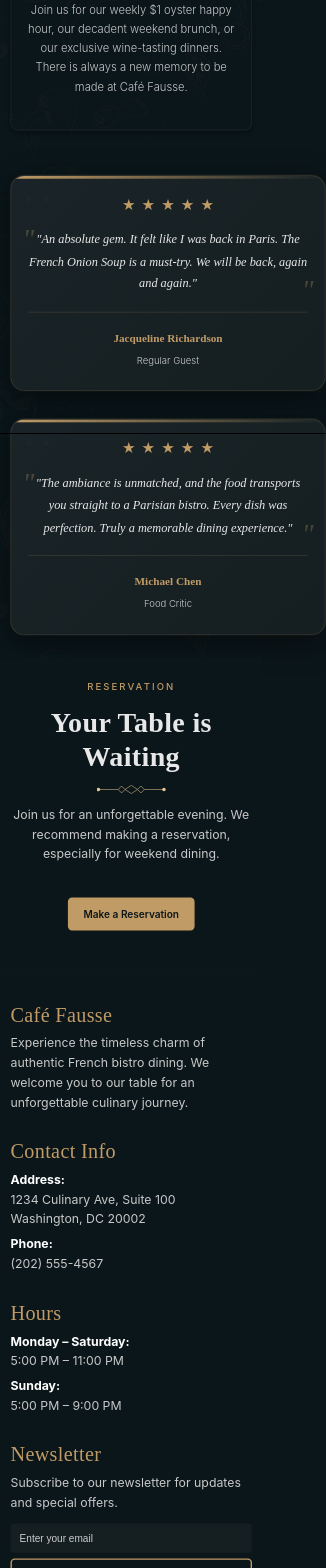
Repository: MatVanDenArt/MSSE-Cafe-Fausse
Page: / (app in frontend/)
The author's editor kept a copy of each file at every save. The page is drawn from the files as they stood at one save, then again after the next save.
The browser window is 375 px wide. The page is 465 px wide, then 375 px, so the pictures cover 465 px, including what lies to the right of the window. The pictures show the part of the page from y = 2285 to 4525 px (the page is 4661 px tall before and 4708 px after), at 70% of full size.
Backgrounds fixed to the window are drawn as part of the page. The project was rebuilt for these pictures with package versions that can differ from the ones it lists, and the page was loaded fresh each time. Also part of the build but not shown: frontend/src/pages/Menu.js, frontend/src/pages/Reservations.css, frontend/src/pages/Reservations.js, frontend/src/pages/About.js, frontend/src/pages/Gallery.js.

Above is the page before, as saved 2025-11-05 16:37:13.

### frontend/src/App.css
/* Global Styles */
* {
  margin: 0;
  padding: 0;
  box-sizing: border-box;
}

@import url("https://fonts.googleapis.com/css2?family=Dancing+Script:wght@400;500;600;700&family=Cormorant+Garamond:ital,wght@0,300;0,400;0,500;0,600;0,700;1,300;1,400;1,500;1,600&family=Inter:wght@300;400;500;600&family=Source+Sans+Pro:ital,wght@0,300;0,400;0,600;1,300;1,400&display=swap");

body {
  font-family: "Inter", "Source Sans Pro", "Helvetica Neue", "Arial", sans-serif;
  line-height: 1.6;
  color: #e8e8e8;
  background-color: #0b161a;
  font-weight: 400;
  padding-top: 70px; /* Account for fixed header */
}

/* Remove padding-top for home page since hero handles spacing */
.home {
  padding-top: 0;
}

.App {
  min-height: 100vh;
  display: flex;
  flex-direction: column;
}

.main-content {
  flex: 1;
}

/* Typography */
h1,
h2,
h3,
h4,
h5,
h6 {
  font-family: "Cormorant Garamond", "EB Garamond", "Georgia", "Times New Roman",
    serif;
  font-weight: 500;
  margin-bottom: 1rem;
  letter-spacing: 0.5px;
}

h1 {
  font-size: 2.5rem;
  color: #c19b66;
  font-family: "Dancing Script", "Cormorant Garamond", serif;
  font-weight: 600;
}

h2 {
  font-size: 2rem;
  color: #c19b66;
  font-family: "Dancing Script", "Cormorant Garamond", serif;
  font-weight: 600;
}

h3 {
  font-size: 2rem;
  color: #c19b66;
  font-family: "Cormorant Garamond", serif;
  font-weight: 500;
}

p {
  margin-bottom: 1rem;
  font-size: 1.1rem;
  font-family: "Inter", "Source Sans Pro", "Helvetica Neue", "Arial", sans-serif;
}

/* Container */
.container {
  max-width: 1200px;
  margin: 0 auto;
  padding: 0 20px;
}

/* Grid System */
.grid {
  display: grid;
  gap: 2rem;
}

.grid-2 {
  grid-template-columns: repeat(auto-fit, minmax(300px, 1fr));
}

.grid-3 {
  grid-template-columns: repeat(auto-fit, minmax(250px, 1fr));
}

.grid-4 {
  grid-template-columns: repeat(auto-fit, minmax(200px, 1fr));
}

/* Flexbox Utilities */
.flex {
  display: flex;
}

.flex-center {
  display: flex;
  justify-content: center;
  align-items: center;
}

.flex-between {
  display: flex;
  justify-content: space-between;
  align-items: center;
}

.flex-column {
  display: flex;
  flex-direction: column;
}

/* Buttons */
.btn {
  display: inline-block;
  padding: 12px 24px;
  background-color: #c19b66;
  color: #0b161a;
  text-decoration: none;
  border: none;
  border-radius: 6px;
  font-size: 1rem;
  font-weight: 600;
  cursor: pointer;
  transition: all 0.3s ease;
  text-align: center;
}

.btn-secondary {
  padding: 1rem 1.5rem;
  font-size: 1.1rem;
  background-color: transparent;
  color: #c19b66;
  border: 2px solid #c19b66;
}

.btn-secondary:hover {
  border: 2px solid #c19b66;
  background-color: #c19b66;
  color: #0b161a;
}

.btn-large {
  padding: 1rem 1.5rem;
  font-size: 1.1rem;
  border: 2px solid #c19b66;
}

.btn-large:hover {
  background-color: transparent;
  color: #c19b66;
  border: 2px solid #c19b66;
}

/* Forms */
.form-group {
  margin-bottom: 1.5rem;
}

.form-label {
  display: block;
  margin-bottom: 0.5rem;
  font-weight: 600;
  color: #c19b66;
}

.form-input,
.form-select,
.form-textarea {
  width: 100%;
  padding: 12px;
  border: 2px solid #151f21;
  border-radius: 5px;
  font-size: 1rem;
  transition: border-color 0.3s ease;
  background-color: #151f21;
  color: #e8e8e8;
}

.form-input:focus,
.form-select:focus,
.form-textarea:focus {
  outline: none;
  border-color: #c19b66;
  box-shadow: 0 0 0 3px rgba(193, 155, 102, 0.1);
}

.form-textarea {
  resize: vertical;
  min-height: 100px;
}

/* Cards */
.card {
  /* background: #151f21; */
  border-radius: 10px;
  box-shadow: 0 4px 6px rgba(0, 0, 0, 0.3);
  overflow: hidden;
  border: 1px solid #1f2a2d;
}

.card-body {
  padding: 1.5rem;
}

.card-title {
  font-size: 1.25rem;
  margin-bottom: 0.5rem;
  color: #c19b66;
  font-family: "Dancing Script", "Cormorant Garamond", serif;
  font-weight: 500;
}

.card-text {
  color: #c8c8c8;
  margin-bottom: 1rem;
}

/* Images */
.img-responsive {
  width: 100%;
  height: auto;
  display: block;
}

.img-rounded {
  border-radius: 10px;
}

/* Sections */
.section {
  padding: 4rem 0;
}

.section-dark {
  background-color: #0b161a;
  color: white;
}

.section-light {
  background-color: #151f21;
}

.section-title {
  text-align: center;
}

.section-title h2 {
  font-size: 2.5rem;
  margin-bottom: 1rem;
}

.section-title p {
  font-size: 1.2rem;
  color: #c8c8c8;
  /* max-width: 600px; */
  margin: 0 auto;
}

/* Hero Section - Moved to Home.css */

.hero-content h1 {
  font-size: 3.5rem;
  margin-bottom: 1rem;
  color: white;
}

.hero-buttons {
  display: flex;
  gap: 1rem;
  justify-content: center;
  flex-wrap: wrap;
}

/* Navigation styles are in Header.css */

/* Footer */
.footer {
  background-color: #333;
  color: white;
  padding: 3rem 0 1rem;
}

.footer-content {
  display: grid;
  grid-template-columns: repeat(auto-fit, minmax(250px, 1fr));
  gap: 2rem;
  margin-bottom: 2rem;
}

.footer-bottom {
  text-align: center;
  padding-top: 2rem;
  border-top: 1px solid #555;
  color: #ccc;
}

/* Responsive Design */
@media (max-width: 768px) {
  .container {
    padding: 0 15px;
  }

  .hero-content h1 {
    font-size: 2.5rem;
  }

  .hero-content p {
    font-size: 1.1rem;
  }

  .hero-buttons {
    flex-direction: column;
    align-items: center;
  }

  /* Navigation responsive styles are in Header.css */

  .grid-2,
  .grid-3,
  .grid-4 {
    grid-template-columns: 1fr;
  }

  h1 {
    font-size: 2rem;
  }

  h2 {
    font-size: 1.5rem;
  }
}

@media (max-width: 480px) {
  .hero-content h1 {
    font-size: 2rem;
  }

  .section {
    padding: 2rem 0;
  }

  .btn {
    padding: 10px 20px;
    font-size: 0.9rem;
  }
}

/* Utility Classes */
.text-center {
  text-align: center;
}

.text-left {
  text-align: left;
}

.text-right {
  text-align: right;
}

.mb-1 {
  margin-bottom: 0.5rem;
}
.mb-2 {
  margin-bottom: 1rem;
}
.mb-3 {
  margin-bottom: 1.5rem;
}
.mb-4 {
  margin-bottom: 2rem;
}

.mt-1 {
  margin-top: 0.5rem;
}
.mt-2 {
  margin-top: 1rem;
}
.mt-3 {
  margin-top: 1.5rem;
}
.mt-4 {
  margin-top: 2rem;
}

.p-1 {
  padding: 0.5rem;
}
.p-2 {
  padding: 1rem;
}
.p-3 {
  padding: 1.5rem;
}
.p-4 {
  padding: 2rem;
}

.hidden {
  display: none;
}

.visible {
  display: block;
}

### frontend/src/components/Header.css
.nav {
  background-color: #0b161a;
  box-shadow: 0 2px 10px rgba(0, 0, 0, 0.3);
  position: fixed;
  top: 0;
  left: 0;
  right: 0;
  z-index: 1000;
  border-bottom: 1px solid #151f21;
}

.nav-container {
  display: flex;
  justify-content: space-between;
  align-items: center;
  padding: 1rem 0;
}

.nav-logo {
  display: flex;
  align-items: center;
  gap: 0.5rem;
  text-decoration: none;
  font-family: "Cormorant Garamond", "EB Garamond", "Georgia", "Times New Roman",
    serif;
  font-weight: 500;
  letter-spacing: 0.5px;
}

.nav-logo-img {
  height: 40px;
  width: auto;
}

.nav-logo-text {
  font-size: 1.5rem;
  font-weight: bold;
  color: #c19b66;
  font-family: "Dancing Script", "Cormorant Garamond", serif;
}

.nav-logo:hover .nav-logo-text {
  color: #c19b66;
}

.nav-menu {
  display: flex;
  list-style: none;
  gap: 2rem;
  margin: 0;
  padding: 0;
}

.nav-link {
  color: #e8e8e8;
  text-decoration: none;
  font-weight: 500;
  transition: color 0.3s ease;
  padding: 0.5rem 0;
  position: relative;
}

.nav-link:hover,
.nav-link.active {
  color: #c19b66;
}

.nav-link.active::after {
  content: "";
  position: absolute;
  bottom: 0;
  left: 0;
  right: 0;
  height: 2px;
  background-color: #c19b66;
}

.nav-toggle {
  display: none;
  flex-direction: column;
  background: none;
  border: none;
  cursor: pointer;
  padding: 0.5rem;
}

.nav-toggle-line {
  width: 25px;
  height: 3px;
  background-color: #c19b66;
  margin: 3px 0;
  transition: 0.3s;
}

/* Mobile Navigation */
@media (max-width: 768px) {
  .nav-toggle {
    display: flex;
  }

  .nav-menu {
    position: fixed;
    top: 70px;
    left: 0;
    right: 0;
    background-color: #0b161a;
    flex-direction: column;
    padding: 2rem;
    box-shadow: 0 2px 10px rgba(0, 0, 0, 0.3);
    transform: translateY(-100%);
    opacity: 0;
    visibility: hidden;
    transition: all 0.3s ease;
    z-index: 999;
    border-top: 1px solid #151f21;
  }

  .nav-menu-open {
    transform: translateY(0);
    opacity: 1;
    visibility: visible;
  }

  .nav-link {
    padding: 1rem 0;
    border-bottom: 1px solid #151f21;
    text-align: center;
    color: #e8e8e8;
  }

  .nav-link:last-child {
    border-bottom: none;
  }

  .nav-link:hover,
  .nav-link.active {
    color: #c19b66;
  }

  .nav-toggle.open .nav-toggle-line:nth-child(1) {
    transform: rotate(45deg) translate(5px, 5px);
  }

  .nav-toggle.open .nav-toggle-line:nth-child(2) {
    opacity: 0;
  }

  .nav-toggle.open .nav-toggle-line:nth-child(3) {
    transform: rotate(-45deg) translate(7px, -6px);
  }
}

### frontend/src/components/Footer.css
.footer {
  background-color: #0b161a;
  color: #e8e8e8;
  padding: 3rem 0 1rem;
  margin-top: auto;
  border-top: 1px solid #151f21;
}

.footer-content {
  display: grid;
  grid-template-columns: repeat(auto-fit, minmax(250px, 1fr));
  gap: 2rem;
  margin-bottom: 2rem;
}

.footer-section h3 {
  color: #c19b66;
  font-size: 1.8rem;
  font-family: "Cormorant Garamond", "Times New Roman", serif;
  font-weight: 500;
  letter-spacing: 0.5px;
  margin-bottom: 0.25rem;
}

.footer-section p {
  margin-bottom: 0.5rem;
  line-height: 1.6;
  color: #c8c8c8;
}

.footer-section strong {
  color: white;
}

.newsletter-form {
  display: flex;
  flex-direction: column;
  gap: 0.5rem;
  margin-top: 1rem;
}

.newsletter-input {
  padding: 0.75rem;
  border: 1px solid #151f21;
  border-radius: 5px;
  background-color: #151f21;
  color: #e8e8e8;
  font-size: 0.9rem;
}

.newsletter-input::placeholder {
  color: #ccc;
}

.newsletter-input:focus {
  outline: none;
  border-color: #c19b66;
}

.newsletter-btn {
  padding: 0.75rem;
  font-size: 0.9rem;
  border: 2px solid #c19b66;
  background-color: transparent;
  color: #c19b66;
}

.newsletter-btn:hover {
  background-color: #c19b66;
  color: #0b161a;
}

.newsletter-btn:disabled {
  opacity: 0.6;
  cursor: not-allowed;
}

.newsletter-success {
  background-color: #4caf50;
  padding: 1rem;
  border-radius: 5px;
  text-align: center;
  margin-top: 1rem;
}

.newsletter-success p {
  margin: 0;
  color: white;
  font-weight: 600;
}

.footer-bottom {
  text-align: center;
  padding-top: 2rem;
  border-top: 1px solid #151f21;
  color: #a8a8a8;
}

.footer-bottom p {
  margin: 0;
  font-size: 0.9rem;
}

@media (max-width: 768px) {
  .footer {
    padding: 2rem 0 1rem;
  }

  .footer-content {
    grid-template-columns: 1fr;
    gap: 1.5rem;
  }

  .newsletter-form {
    flex-direction: column;
  }
}

### frontend/src/pages/Home.css
.home {
  min-height: 100vh;
}

.home-content-background {
  position: relative;
  background-color: #0b161a;
}

.home-content-background::before {
  content: "";
  position: absolute;
  top: 0;
  left: 0;
  right: 0;
  bottom: 0;
  background-color: rgba(11, 22, 26, 0.7);
  z-index: 0;
}

.home-content-background > * {
  position: relative;
  z-index: 1;
}

/* Section Padding Control - Override App.css for home page */
.home .section {
  padding: 4rem 0 0;
}

@media (max-width: 768px) {
  .home .section {
    padding: 2rem 0;
  }
}

.hero {
  min-height: 60vh;
  max-height: 80vh;
  display: flex;
  align-items: center;
  justify-content: center;
  text-align: center;
  color: white;
  position: relative;
  padding: 4rem 0;
}
.hero-content {
  max-width: 1200px;
}
.hero-content h1 {
  font-size: 4rem;
  color: #e8e8e8;
  margin-bottom: 1rem;
  font-family: "Cormorant Garamond", serif;
  font-weight: 600;
  line-height: 1.2;
}

/*.hero-content p {
  font-size: 1.2rem;
  margin-bottom: 2rem;
  max-width: 600px;
  text-shadow: 1px 1px 2px rgba(0, 0, 0, 0.5);
  line-height: 1.6;
}*/

.hero-content p {
  font-size: 0.85rem;
  text-transform: uppercase;
  letter-spacing: 3px;
  margin-bottom: 1rem;
  font-weight: 500;
  display: inline-block;
  color: #c19b66;
}

.hero-buttons {
  display: flex;
  gap: 1rem;
  justify-content: center;
  flex-wrap: wrap;
  margin-top: 1rem;
}

.home .section-title {
  display: flex;
  flex-direction: column;
  align-items: center;
  justify-content: center;
}
.home .section-title p {
  font-size: 0.85rem;
  text-transform: uppercase;
  letter-spacing: 3px;
  color: #c19b66;
  margin-bottom: 1rem;
  font-weight: 500;
  display: inline-block;
}

.home .section-title h3 {
  font-size: 2.5rem;
  color: #e8e8e8;
  margin-bottom: 1rem;
  font-family: "Cormorant Garamond", serif;
  font-weight: 600;
  line-height: 1.2;
}

.home .section-title .description {
  color: #c8c8c8;
  text-transform: unset;
  font-weight: 400;
  letter-spacing: unset;
  font-size: 1.1rem;
}
/* Tablet and large mobile optimization */
@media (max-width: 1024px) {
  .hero {
    min-height: 55vh;
    max-height: 70vh;
    padding: 3rem 0;
  }

  .hero-content h1 {
    font-size: 2.8rem;
  }

  .hero-content p {
    font-size: 1.1rem;
  }
}

.pillar-icon {
  font-size: 3rem;
  margin-bottom: 1rem;
}

.pillar-image {
  width: 100%;
  height: 200px;
  margin: 0;
  border-radius: 0;
  overflow: hidden;
  display: block;
}

.pillar-img {
  width: 100%;
  height: 100%;
  object-fit: cover;
  display: block;
}

.testimonials-grid {
  display: grid;
  grid-template-columns: repeat(auto-fit, minmax(450px, 1fr));
  gap: 2.5rem;
  max-width: 1200px;
  margin: 0 auto;
}

.testimonial {
  position: relative;
  padding: 4rem 3rem;
  background: linear-gradient(135deg, #1a2428 0%, #151f21 100%);
  border-radius: 20px;
  box-shadow: 0 10px 40px rgba(0, 0, 0, 0.5), 0 0 0 1px rgba(193, 155, 102, 0.1);
  border: 1px solid rgba(193, 155, 102, 0.2);
  overflow: hidden;
}

.testimonial::before {
  content: "";
  position: absolute;
  top: 0;
  left: 0;
  right: 0;
  height: 4px;
  background: linear-gradient(90deg, #c19b66 0%, transparent 100%);
}

.testimonial-quote-icon {
  position: absolute;
  top: 2rem;
  left: 2rem;
  opacity: 0.15;
  z-index: 0;
}

.testimonial-quote-icon svg {
  width: 80px;
  height: 80px;
}

.testimonial-content {
  position: relative;
  z-index: 1;
  text-align: center;
}

.testimonial-stars {
  display: flex;
  justify-content: center;
  gap: 0.5rem;
  margin-bottom: 2rem;
}

.testimonial-stars .star {
  font-size: 1.5rem;
  color: #c19b66;
  line-height: 1;
}

.testimonial blockquote {
  font-size: 1.5rem;
  font-style: italic;
  margin-bottom: 2rem;
  color: #e8e8e8;
  line-height: 1.8;
  font-family: "Cormorant Garamond", serif;
  font-weight: 400;
  position: relative;
  padding: 0 2rem;
}

.testimonial blockquote::before {
  content: '"';
  position: absolute;
  left: 0;
  top: -0.5rem;
  font-size: 4rem;
  color: #c19b66;
  opacity: 0.3;
  font-family: "Cormorant Garamond", serif;
  line-height: 1;
}

.testimonial blockquote::after {
  content: '"';
  position: absolute;
  right: 0;
  bottom: -1rem;
  font-size: 4rem;
  color: #c19b66;
  opacity: 0.3;
  font-family: "Cormorant Garamond", serif;
  line-height: 1;
}

.testimonial-author {
  display: flex;
  justify-content: center;
  align-items: center;
  gap: 1rem;
  padding-top: 1.5rem;
  border-top: 1px solid rgba(193, 155, 102, 0.2);
}

.testimonial-author-info {
  display: flex;
  flex-direction: column;
  align-items: center;
  gap: 0.5rem;
}

.testimonial-name {
  font-size: 1.1rem;
  color: #c19b66;
  font-weight: 600;
  font-style: normal;
  font-family: "Cormorant Garamond", serif;
}

.testimonial-location {
  font-size: 0.9rem;
  color: #c8c8c8;
  font-weight: 300;
}

.contact-info {
  background: #151f21;
  padding: 2rem;
  border-radius: 10px;
  box-shadow: 0 4px 6px rgba(0, 0, 0, 0.3);
  border: 1px solid #1f2a2d;
}

.contact-info h3 {
  color: #8b4513;
  margin-bottom: 1rem;
}

.contact-info p {
  margin-bottom: 0.5rem;
  color: #c8c8c8;
}

@media (max-width: 768px) {
  .hero {
    min-height: 50vh;
    max-height: 60vh;
    padding: 2rem 0;
  }

  .hero-content h1 {
    font-size: 2.2rem;
    margin-bottom: 0.8rem;
  }

  .hero-content p {
    font-size: 1rem;
    margin-bottom: 1.5rem;
    padding: 0 1rem;
  }

  .hero-buttons {
    flex-direction: column;
    align-items: center;
    gap: 0.8rem;
  }

  .pillar-icon {
    font-size: 2.5rem;
  }

  .pillar-image {
    height: 180px;
  }

  .testimonial {
    padding: 3rem 2rem;
  }

  .testimonial-quote-icon {
    top: 1.5rem;
    left: 1.5rem;
  }

  .testimonial-quote-icon svg {
    width: 60px;
    height: 60px;
  }

  .testimonial blockquote {
    font-size: 1.3rem;
    padding: 0 1rem;
  }

  .testimonial blockquote::before,
  .testimonial blockquote::after {
    font-size: 3rem;
  }

  .contact-info {
    padding: 1.5rem;
  }
}

@media (max-width: 480px) {
  .hero {
    min-height: 45vh;
    max-height: 55vh;
    padding: 1.5rem 0;
  }

  .hero-content h1 {
    font-size: 1.8rem;
    margin-bottom: 0.6rem;
  }

  .hero-content p {
    font-size: 0.9rem;
    margin-bottom: 1.2rem;
    padding: 0 0.5rem;
  }

  .hero-buttons {
    gap: 0.6rem;
  }

  .pillar-image {
    height: 150px;
  }

  .testimonial {
    padding: 2rem 1.5rem;
  }

  .testimonial-quote-icon {
    top: 1rem;
    left: 1rem;
  }

  .testimonial-quote-icon svg {
    width: 50px;
    height: 50px;
  }

  .testimonial-stars {
    margin-bottom: 1.5rem;
  }

  .testimonial-stars .star {
    font-size: 1.2rem;
  }

  .testimonial blockquote {
    font-size: 1.1rem;
    padding: 0;
    margin-bottom: 1.5rem;
  }

  .testimonial blockquote::before,
  .testimonial blockquote::after {
    font-size: 2.5rem;
  }

  .testimonial blockquote::before {
    top: -0.3rem;
    left: -0.5rem;
  }

  .testimonial blockquote::after {
    bottom: -0.8rem;
    right: -0.5rem;
  }

  .testimonial-name {
    font-size: 1rem;
  }

  .testimonial-location {
    font-size: 0.85rem;
  }
}

### frontend/src/pages/Menu.css
.menu {
  padding: 2rem 0;
  position: relative;
  background-color: #0b161a;
}

.menu::before {
  content: "";
  position: absolute;
  top: 0;
  left: 0;
  right: 0;
  bottom: 0;
  background-color: rgba(11, 22, 26, 0.7);
  z-index: 0;
}

.menu > .container {
  position: relative;
  z-index: 1;
}

.menu-disclaimer {
  font-style: italic;
  color: #c8c8c8;
  font-size: 0.9rem;
  margin-top: 1rem;
}

.menu-content {
  max-width: 1200px;
  margin: 4rem auto 0;
  padding: 0 20px;
}

/* Hero Section */
.menu .section-title {
  text-align: center;
  padding: 2rem 0 1rem;
}

.menu .section-title p {
  font-size: 0.85rem;
  text-transform: uppercase;
  letter-spacing: 3px;
  margin-bottom: 1rem;
  font-weight: 500;
  display: inline-block;
  color: #c19b66;
}
.separator {
  max-width: 100px;
  height: auto;
  margin: 0 auto;
  margin-bottom: 1rem;
}

.menu .section-title h1 {
  font-size: 4rem;
  color: #e8e8e8;
  margin-bottom: 1rem;
  font-family: "Cormorant Garamond", serif;
  font-weight: 600;
  line-height: 1.2;
}

.menu-section {
  margin-bottom: 2rem;
  display: flex;
  overflow: hidden;
}

.menu-section-image-container {
  flex: 0 0 40%;
  width: 40%;
  position: relative;
  overflow: hidden;
  align-self: stretch;
}

.menu-section-image {
  width: 100%;
  height: 100%;
  object-fit: cover;
  object-position: center;
  min-height: 100%;
}

.menu-section-content {
  flex: 0 0 60%;
  width: 60%;
  background: #151f21;
  padding: 3rem;
  display: flex;
  flex-direction: column;
}

.menu-section-header {
  margin-bottom: 2.5rem;
}

.menu-section-title {
  font-size: 2rem;
  font-weight: 700;
  color: #e8e8e8;
  margin: 0;
  letter-spacing: 2px;
  text-transform: uppercase;
  font-family: "Inter", "Source Sans Pro", sans-serif;
}

.menu-items {
  flex: 1;
  margin-bottom: 2rem;
}

.menu-item {
  margin-bottom: 1.5rem;
}

.menu-item:last-child {
  margin-bottom: 0;
}

.menu-item-header {
  display: flex;
  justify-content: space-between;
  align-items: center;
  margin-bottom: 0.5rem;
  gap: 1rem;
}

.menu-item-name {
  font-size: 1.1rem;
  color: #e8e8e8;
  margin: 0;
  font-weight: 600;
  letter-spacing: 1px;
  flex-shrink: 0;
  font-family: "Inter", "Source Sans Pro", sans-serif;
}

.menu-item-price-line {
  display: flex;
  align-items: center;
  gap: 0.75rem;
  flex: 1;
  min-width: 0;
}

.price-line {
  flex: 1;
  height: 1px;
  background: linear-gradient(to right, transparent, #c19b66 50%, transparent);
  border-bottom: 1px dotted #c19b66;
  min-width: 20px;
}

.menu-item-price {
  font-size: 1.1rem;
  font-weight: 600;
  color: #e8e8e8;
  white-space: nowrap;
  font-family: "Inter", "Source Sans Pro", sans-serif;
}

.menu-item-description {
  color: #c8c8c8;
  line-height: 1.6;
  margin: 0 0 1rem 0;
  font-style: italic;
  font-size: 0.9rem;
  font-family: "Inter", "Source Sans Pro", sans-serif;
}

.menu-item-divider {
  height: 1px;
  background: linear-gradient(to right, transparent, #c19b66 50%, transparent);
  border-bottom: 1px dotted #c19b66;
  margin-top: 1rem;
}

@media (max-width: 968px) {
  .menu-section {
    flex-direction: column;
    min-height: auto;
  }

  .menu-section-image-container {
    flex: 0 0 auto;
    width: 100%;
    height: 300px;
  }

  .menu-section-content {
    flex: 0 0 auto;
    width: 100%;
    padding: 2rem;
  }

  .menu-section-title {
    font-size: 1.75rem;
  }
}

@media (max-width: 768px) {
  .menu-section-content {
    padding: 1.5rem;
  }

  .menu-section-header {
    margin-bottom: 2rem;
  }

  .menu-section-title {
    font-size: 1.5rem;
    letter-spacing: 1px;
  }

  .menu-item-header {
    flex-direction: column;
    align-items: flex-start;
    gap: 0.5rem;
  }

  .menu-item-name {
    font-size: 1rem;
    width: 100%;
  }

  .menu-item-price-line {
    width: 100%;
    justify-content: flex-end;
  }

  .menu-item-description {
    font-size: 0.85rem;
  }
}

@media (max-width: 480px) {
  .menu {
    padding: 1rem 0;
  }

  .menu-section-image-container {
    height: 250px;
  }

  .menu-section-content {
    padding: 1.25rem;
  }

  .menu-section-title {
    font-size: 1.25rem;
    letter-spacing: 0.5px;
  }

  .menu-item-name {
    font-size: 0.95rem;
  }

  .menu-item-price {
    font-size: 1rem;
  }

  .menu-item-description {
    font-size: 0.8rem;
  }
}

Loaded but not shown: frontend/public/index.html (common file); frontend/src/index.js (common file); frontend/src/index.css (common file); frontend/src/reportWebVitals.js (common file); frontend/src/pages/Home.js (318 lines, source omitted); frontend/src/components/Footer.js (119 lines, source omitted); frontend/src/components/Header.js (120 lines, source omitted); frontend/src/App.js (34 lines, source omitted); frontend/src/pages/About.css (533 lines, source omitted); frontend/src/pages/Gallery.css (478 lines, source omitted)

After the next save:
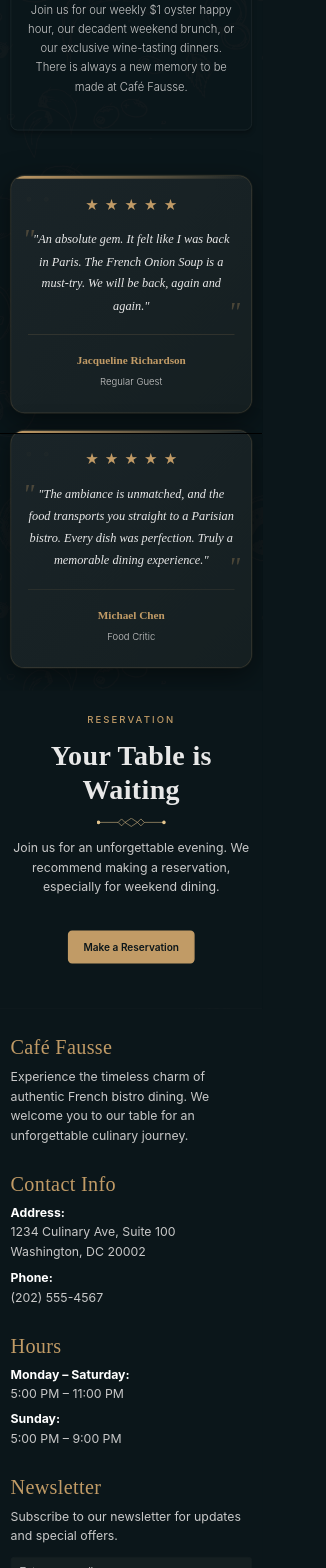
Saved 6 s later.
--- a/frontend/src/pages/Home.css
+++ b/frontend/src/pages/Home.css
@@ -329,6 +329,11 @@
     height: 180px;
   }
 
+  .testimonials-grid {
+    grid-template-columns: 1fr;
+    gap: 2rem;
+  }
+
   .testimonial {
     padding: 3rem 2rem;
   }
@@ -384,6 +389,10 @@
     height: 150px;
   }
 
+  .testimonials-grid {
+    gap: 1.5rem;
+  }
+
   .testimonial {
     padding: 2rem 1.5rem;
   }
